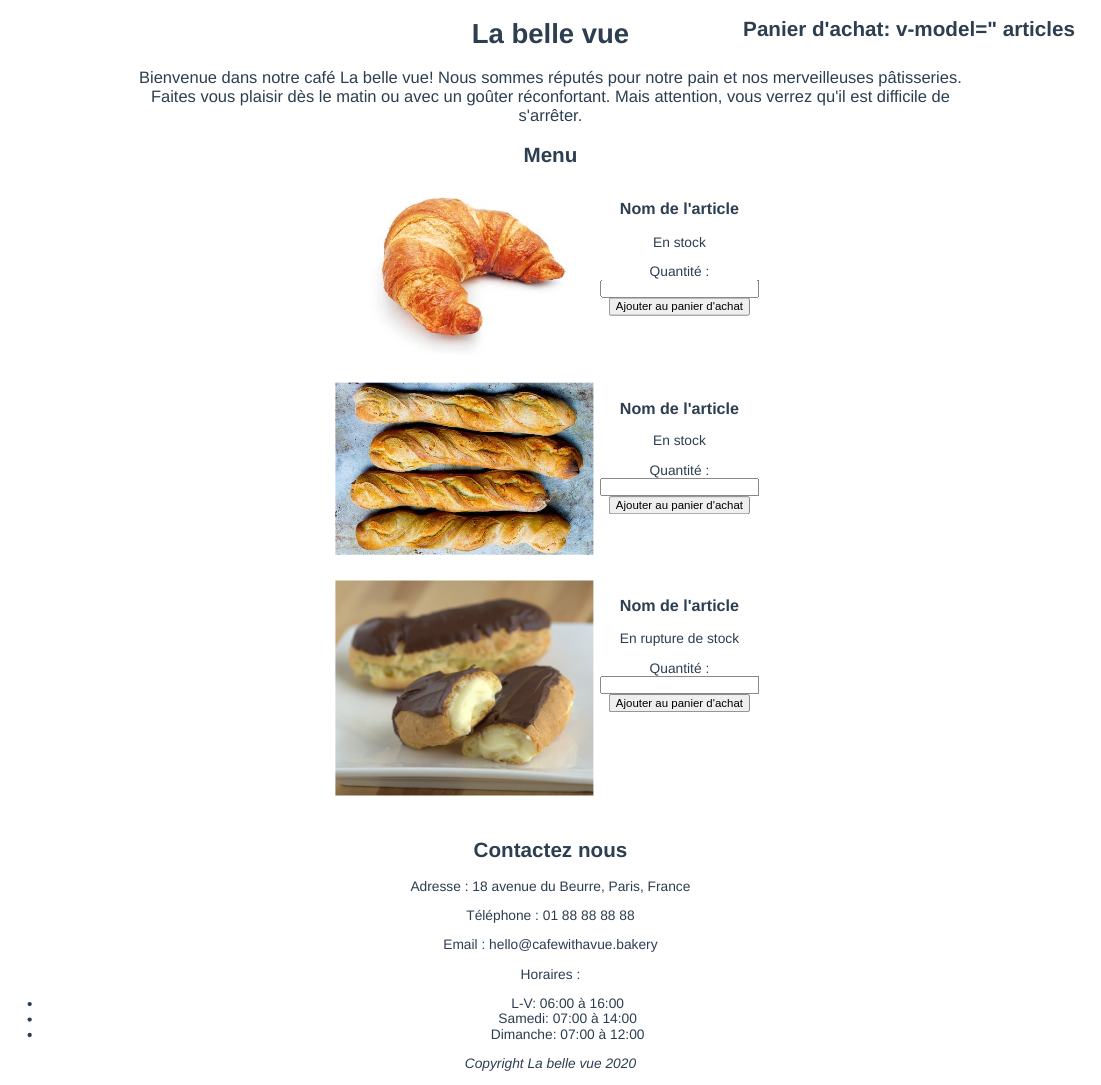
Repository: arione15/OC-tuto_cafe-avec-vue_Vue.js
Page: Partie 1 Créez votre première app Vue.js/Vue-fr-P1C4-Begin/cafe-with-a-vue/index.html
The author's editor kept a copy of each file at every save. The page is drawn from the files as they stood at one save, then again after the next save.
The browser window is 1280 px wide. The pictures show the whole page, at 86% of full size.

Above is the page before, as saved 2021-09-06 16:34:05.

### Partie 1 Créez votre première app Vue.js/Vue-fr-P1C4-Begin/cafe-with-a-vue/index.html
<!DOCTYPE html>
<html lang="en">

<head>
	<meta charset="UTF-8" />
	<meta name="viewport" content="width=device-width, initial-scale=1.0" />
	<meta http-equiv="X-UA-Compatible" content="ie=edge" />
	<link rel="stylesheet" href="./styles.css" />
	<title>Cafe with a Vue</title>
</head>

<body>
	<div id="app" class="app">
		<h1>{{ restaurantName }}</h1>
		<p class="description">
			Bienvenue dans notre café {{ restaurantName }}! Nous sommes réputés pour
			notre pain et nos merveilleuses pâtisseries. Faites vous plaisir dès le
			matin ou avec un goûter réconfortant. Mais attention, vous verrez qu'il
			est difficile de s'arrêter.
		</p>

		<section class="menu">
			<h2>Menu</h2>
			<div v-for="item of simpleMenu" class="menu-item">
				<img
					class="menu-item__image"
					:src="item.image.source"
					:alt="item.image.alt"
				/>
				<div>
					<h3>Nom de l'article</h3>
					<p v-if="item.inStock">En stock</p>
					<p v-else>En rupture de stock</p>
					<div>
						<label for="add-item-quantity">Quantité :</label>
						<input id="add-item-quantity" type="number" />
						<button @click="addToShoppingCart()">Ajouter au panier d'achat</button>
					</div>
				</div>
			</div>
		</section>

		<aside class="shopping-cart">
			<h2>Panier d'achat: v-model=" articles</h2>
		</aside>

		<h2>Contactez nous</h2>
		<p>Adresse : {{ address }}</p>
		<p>Téléphone : {{ phone }}</p>
		<p>Email : {{ email }}</p>
		<p>Horaires :</p>
		<ul>
			<li>L-V: 06:00 à 16:00</li>
			<li>Samedi: 07:00 à 14:00</li>
			<li>Dimanche: 07:00 à 12:00</li>
		</ul>

		<footer class="footer">
			<p>Copyright {{ restaurantName }} 2020</p>
		</footer>
	</div>

	<script src="https://cdn.jsdelivr.net/npm/vue/dist/vue.js"></script>
	<script>
		const app = new Vue({
			el: "#app",
			data: {
				address: "18 avenue du Beurre, Paris, France",
				email: "hello@cafewithavue.bakery",
				phone: "01 88 88 88 88",
				restaurantName: "La belle vue",
				simpleMenu: [
					{
						name: "Croissant",
						image: {
							source: "./images/croissant.jpg",
							alt: "Un croissant"
						},
						inStock: true,
						quantity: ''
					},
					{
						name: "Baguette de pain",
						image: {
							source: "./images/french-baguette.jpeg",
							alt: "Quatre baguettes de pain"
						},
						inStock: true,
						quantity: ''
					},
					{
						name: "Éclair",
						image: {
							source: "./images/eclair.jpg",
							alt: "Éclair au chocolat"
						},
						inStock: false,
						quantity: ''
					}
				]
			},
			computed: {
				copyright() {
					const currentYear = new Date().getFullYear();
					return `Copyright ${this.restaurantName} ${currentYear}`;
				}
			},
			methods: {
				addToShoppingCart(){
					let nombre = 0;
					nombre += this.quantity;
					return nombre;
				}
			}
		})
	</script>
</body>

</html>

### Partie 1 Créez votre première app Vue.js/Vue-fr-P1C4-Begin/cafe-with-a-vue/styles.css
.app {
  font-family: 'Avenir', Helvetica, Arial, sans-serif;
  -webkit-font-smoothing: antialiased;
  -moz-osx-font-smoothing: grayscale;
  text-align: center;
  color: #2c3e50;
}

.description {
  max-width: 960px;
  font-size: 1.2rem;
  margin: 0 auto;
}

.footer {
  text-align: center;
  font-style: italic;
}

.menu {
  display: flex;
  flex-direction: column;
  justify-content: center;
  align-items: center;
}

.menu-item {
  display: flex;
  width: 500px;
  justify-content: space-between;
  margin-bottom: 30px;
}

.menu-item__image {
  max-width: 300px;
}

.shopping-cart {
  position: absolute;
  right: 30px;
  top: 0;
}

After the next save:
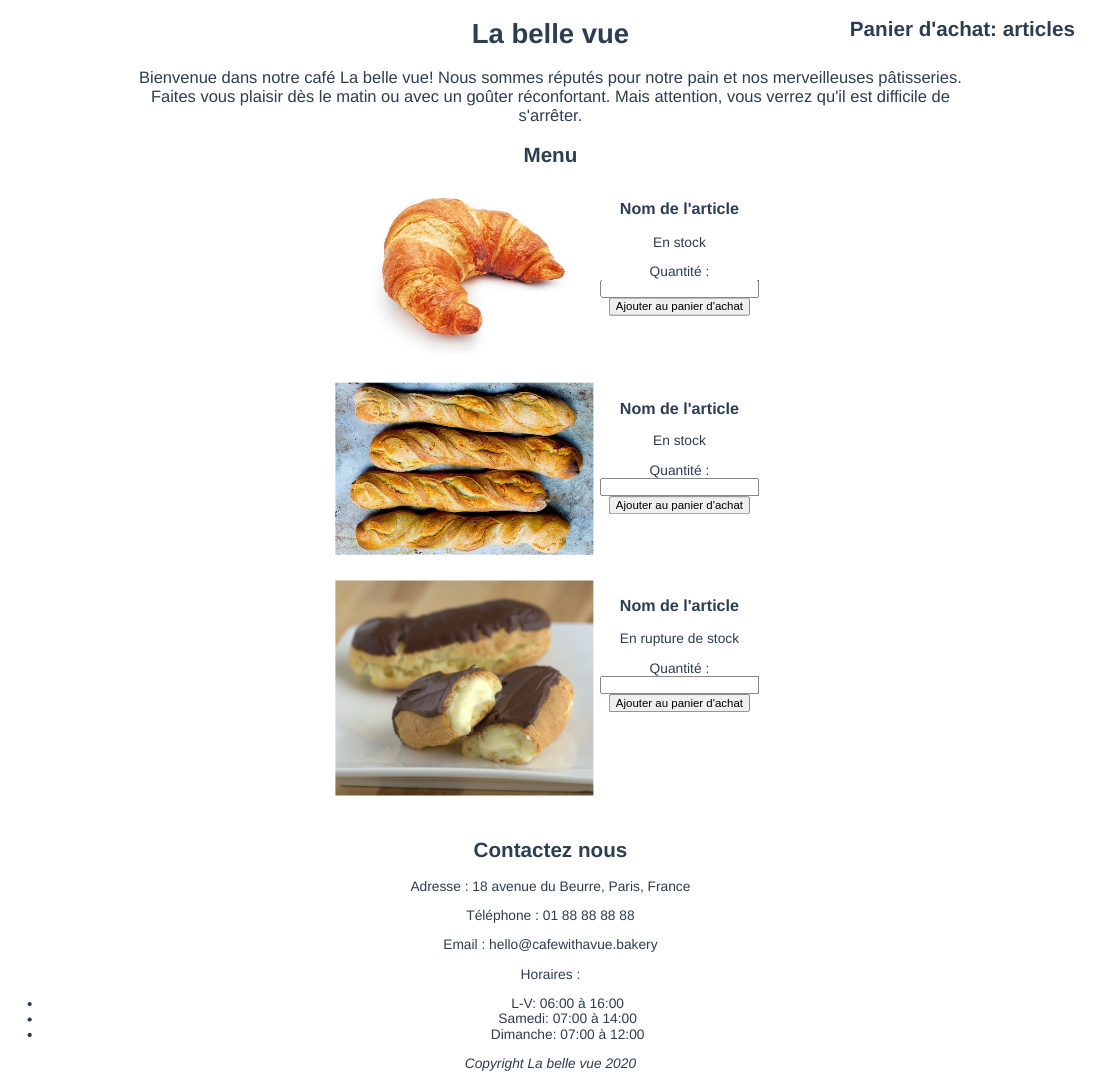
Saved 25 s later.
--- a/Partie 1 Créez votre première app Vue.js/Vue-fr-P1C4-Begin/cafe-with-a-vue/index.html
+++ b/Partie 1 Créez votre première app Vue.js/Vue-fr-P1C4-Begin/cafe-with-a-vue/index.html
@@ -41,7 +41,7 @@
 		</section>
 
 		<aside class="shopping-cart">
-			<h2>Panier d'achat: v-model=" articles</h2>
+			<h2>Panier d'achat: {{ nombre }} articles</h2>
 		</aside>
 
 		<h2>Contactez nous</h2>
